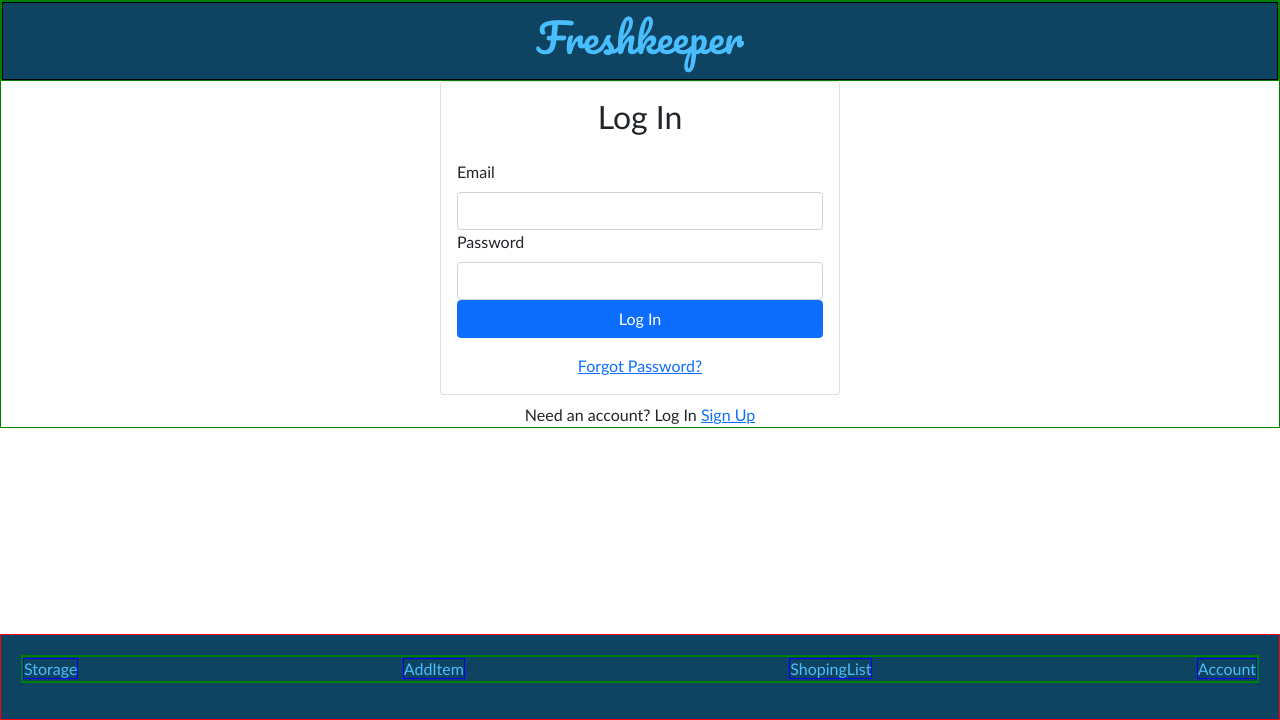
Repository: patrik-fredlund/freshkeeper-repo
Page: /
The author's editor kept a copy of each file at every save. The page is drawn from the files as they stood at one save, then again after the next save.
The browser window is 1280 px wide. The pictures show the whole page.
The project was rebuilt for these pictures with package versions that can differ from the ones it lists, and the page was loaded fresh each time. Also part of the build but not shown: src/components/Signup.js, src/components/Account.js, src/components/ForgotPassword.js, src/components/UpdateProfile.js, src/components/Storage.js, src/components/Shopinglist.js, src/components/AddItem.js.

Above is the page before, as saved 2021-10-18 14:24:01.

### public/index.html
<!DOCTYPE html>
<html lang="en">

<head>
  <meta charset="utf-8" />
  <link rel="icon" href="%PUBLIC_URL%/favicon.ico" />
  <meta name="viewport" content="width=device-width, initial-scale=1" />
  <meta name="theme-color" content="#000000" />
  <meta name="description" content="Web site created using create-react-app" />
  <link rel="apple-touch-icon" href="%PUBLIC_URL%/logo192.png" />

  <link rel="manifest" href="%PUBLIC_URL%/manifest.json" />

  <title>Freshkeeper</title>
</head>

<body>
  <noscript>You need to enable JavaScript to run this app.</noscript>
  <div id="root"></div>

</body>

</html>

### src/index.js
import React from 'react';
import ReactDOM from 'react-dom';
import App from './components/App';
import 'bootstrap/dist/css/bootstrap.min.css';

ReactDOM.render(
  <React.StrictMode>
    <App />
  </React.StrictMode>,
  document.getElementById('root')
);

### src/components/App.js
import { Container } from 'react-bootstrap';
import '../App.css';
import Signup from './Signup';
import { AuthProvider } from '../context/AuthContext';
import { BrowserRouter as Router, Switch, Route } from 'react-router-dom';
import Account from './Account';
import Login from './Login';
import PrivateRoute from './PrivateRoute';
import ForgotPassword from './ForgotPassword';
import UpdateProfile from './UpdateProfile';
import Storage from './Storage';
import { AppWrap } from './appStyles';
import Header from './header/header';
import ShopingList from './Shopinglist';
import AddItem from './AddItem';
import Navbar from './navbar/Navbar';

function App() {
  return (
    <>
      <AppWrap>
        <Header />
        <Container
          className='d-flex align-items-center justify-content-center'
          // style={{ minHeight: '10vh' }}
        >
          <div className='w-100' style={{ maxWidth: '400px' }}>
            <Router>
              <AuthProvider>
                <Switch>
                  <PrivateRoute exact path='/' component={Storage} />
                  <PrivateRoute path='/additem' component={AddItem} />
                  <PrivateRoute path='/shopinglist' component={ShopingList} />
                  <PrivateRoute path='/account' component={Account} />
                  <PrivateRoute
                    path='/update-profile'
                    component={UpdateProfile}
                  />
                  <Route path='/signup' component={Signup} />
                  <Route path='/login' component={Login} />
                  <Route path='/forgot-password' component={ForgotPassword} />
                </Switch>
              </AuthProvider>
            </Router>
          </div>
        </Container>
      </AppWrap>
      <Navbar />
    </>
  );
}

export default App;

### src/App.css
@import url('https://fonts.googleapis.com/css2?family=Pacifico&display=swap');

* {
  box-sizing: border-box;
  margin: 0;
  padding: 0;
  font-family: 'Gill Sans', 'Gill Sans MT', Calibri, 'Trebuchet MS', sans-serif;
}

.container {
  display: flex;
  flex-direction: column;
  justify-content: center;
  align-items: center;
}

.top_nav {
  display: flex;
  flex-direction: row;
  justify-content: center;
  align-items: center;
  padding: 14px 16px 14px 18px;

  position: absolute;
  width: 414px;
  height: 65px;
  left: 0px;
  top: 0px;

  background: #0e4462;
  border-radius: 4px;
}

.freshkeeper_header {
  position: static;

  font-family: 'Pacifico', cursive;

  font-weight: normal;
  font-size: 20px;

  display: flex;
  align-items: center;
  text-align: center;

  color: #49beff;

  /* Inside Auto Layout */

  flex: none;
  order: 0;
  flex-grow: 0;
  margin: 0px 10px;
}

### src/context/AuthContext.js
import React, { useContext, useState, useEffect } from 'react';
import { auth } from '../firebase';

const AuthContext = React.createContext();

export function useAuth() {
  return useContext(AuthContext);
}

export function AuthProvider({ children }) {
  const [currentUser, setCurrentUser] = useState();
  const [loading, setLoading] = useState(true);

  function signup(email, password) {
    return auth.createUserWithEmailAndPassword(email, password);
  }

  function login(email, password) {
    return auth.signInWithEmailAndPassword(email, password);
  }

  function logout() {
    return auth.signOut();
  }

  function resetPassword(email) {
    return auth.sendPasswordResetEmail(email);
  }

  function updateEmail(email) {
    return currentUser.updateEmail(email);
  }

  function updatePassword(password) {
    return currentUser.updatePassword(password);
  }

  useEffect(() => {
    const unsubscribe = auth.onAuthStateChanged((user) => {
      setCurrentUser(user);
      setLoading(false);
    });
    return unsubscribe;
  }, []);

  const value = {
    currentUser,
    login,
    signup,
    logout,
    resetPassword,
    updateEmail,
    updatePassword,
  };

  return (
    <AuthContext.Provider value={value}>
      {!loading && children}
    </AuthContext.Provider>
  );
}

### src/components/Login.js
import React, { useRef, useState } from 'react';
import { Form, Button, Card, Alert } from 'react-bootstrap';
import { useAuth } from '../context/AuthContext';
import { Link, useHistory } from 'react-router-dom';

export default function Login() {
  const emailRef = useRef();
  const passwordRef = useRef();
  const { login } = useAuth();
  const [error, setError] = useState('');
  const [loading, setLoading] = useState(false);
  const history = useHistory();

  async function handleSubmit(e) {
    e.preventDefault();

    try {
      setError('');
      setLoading(true);
      await login(emailRef.current.value, passwordRef.current.value);
      history.push('/');
    } catch {
      setError('Failed to Log In');
    }

    setLoading(false);
  }

  return (
    <>
      <Card>
        <Card.Body>
          <h2 className='text-center mb-4'>Log In</h2>

          {error && <Alert variant='danger'>{error}</Alert>}
          <Form onSubmit={handleSubmit}>
            <Form.Group id='email'>
              <Form.Label>Email</Form.Label>
              <Form.Control type='email' ref={emailRef} required />
            </Form.Group>
            <Form.Group id='password'>
              <Form.Label>Password</Form.Label>
              <Form.Control type='password' ref={passwordRef} required />
            </Form.Group>

            <Button disabled={loading} className='w-100' type='submit'>
              Log In
            </Button>
          </Form>
          <div className='w-100 text-center mt-3'>
            <Link to='/forgot-password'>Forgot Password?</Link>
          </div>
        </Card.Body>
      </Card>
      <div className='w-100 text-center mt-2'>
        Need an account? Log In <Link to='/signup'>Sign Up </Link>
      </div>
    </>
  );
}

### src/components/PrivateRoute.js
import React from 'react';
import { Route, Redirect } from 'react-router-dom';
import { useAuth } from '../context/AuthContext';

export default function PrivateRoute({ component: Component, ...rest }) {
  const { currentUser } = useAuth();

  return (
    <Route
      {...rest}
      render={(props) => {
        return currentUser ? (
          <Component {...props} />
        ) : (
          <Redirect to='/login' />
        );
      }}
    ></Route>
  );
}

### src/components/appStyles.js
import styled from 'styled-components';

export const AppWrap = styled.div`
  /* display: flex;
  flex-flow: column; */
  width: 100%;
  border: 1px solid green;
  /* height: 400px; */
`;

### src/components/header/header.js
import React from 'react';
import GlobalStyle from '../globalStyles';
import { HeaderWrap } from './headerStyles';

function Header() {
  return (
    <HeaderWrap>
      <GlobalStyle />
      {/* <div className='top_nav'>
        <h2 className='freshkeeper_header'>Freshkeeper</h2>
      </div> */}
      <div className='headerContainer'>
        <h1>Freshkeeper</h1>
      </div>
    </HeaderWrap>
  );
}

export default Header;

### src/components/navbar/Navbar.js
import React from 'react';
import { AppWrap } from '../appStyles';
import { HeaderWrap } from '../header/headerStyles';
import { MenuList } from './MenuList';
import { NavbarStyles } from './navbarStyles';

const Navbar = () => {
  const menuList = MenuList.map(({ url, title, icon, index }) => {
    return (
      <li key={index}>
        <a href={url}>{title}</a>
      </li>
    );
  });

  return (
    <NavbarStyles>
      <ul className='menu-list'>{menuList} </ul>
    </NavbarStyles>
  );
};

export default Navbar;

### src/firebase.js
import firebase from 'firebase/compat/app';
import 'firebase/compat/auth';

const app = firebase.initializeApp({
  apiKey: process.env.REACT_APP_FIREBASE_API_KEY,
  authDomain: process.env.REACT_APP_FIREBASE_AUTH_DOMAIN,
  projectId: process.env.REACT_APP_FIREBASE_PROJECT_ID,
  storageBucket: process.env.REACT_APP_FIREBASE_STORAGE_BUCKET,
  messagingSenderId: process.env.REACT_APP_FIREBASE_MESSAGE_SENDER_ID,
  appId: process.env.REACT_APP_FIREBASE_APP_ID,
});

export const auth = app.auth();
export default app;

### src/components/globalStyles.js
import { createGlobalStyle } from 'styled-components';

const GlobalStyle = createGlobalStyle`
@import url('https://fonts.googleapis.com/css2?family=Pacifico&display=swap');

  h1 {
     font-family: 'pacifico';
  }
`;

export default GlobalStyle;

### src/components/header/headerStyles.js
import styled from 'styled-components';

export const HeaderWrap = styled.div`
  width: 100%;
  border: 1px solid green;

  .headerContainer {
    border: 1px solid black;
    background-color: #0e4462;
    color: #49beff;
    padding: 10px 0;
    display: flex;
    align-items: center;
    justify-content: center;
  }
`;

### src/components/navbar/MenuList.js
export const MenuList = [
  {
    title: 'Storage',
    url: '/',
  },
  {
    title: 'AddItem',
    url: '/additem',
  },
  {
    title: 'ShopingList',
    url: '/shopinglist',
  },
  {
    title: 'Account',
    url: '/account',
  },
];

### src/components/navbar/navbarStyles.js
import styled from 'styled-components';

export const NavbarStyles = styled.div`
  border: 1px solid red;
  display: flex;

  justify-content: center;
  align-items: center;
  background-color: #0e4462;
  padding: 20px;

  width: 100%;
  position: fixed;
  bottom: 0;

  .menu-list {
    display: flex;
    list-style-type: none;
    border: 2px solid green;
    width: 100%;
    justify-content: space-between;
  }

  a {
    color: #49beff;
    text-decoration: none;
    border: 1px solid blue;
  }

  ul {
    padding: 0;
  }
`;

After the next save:
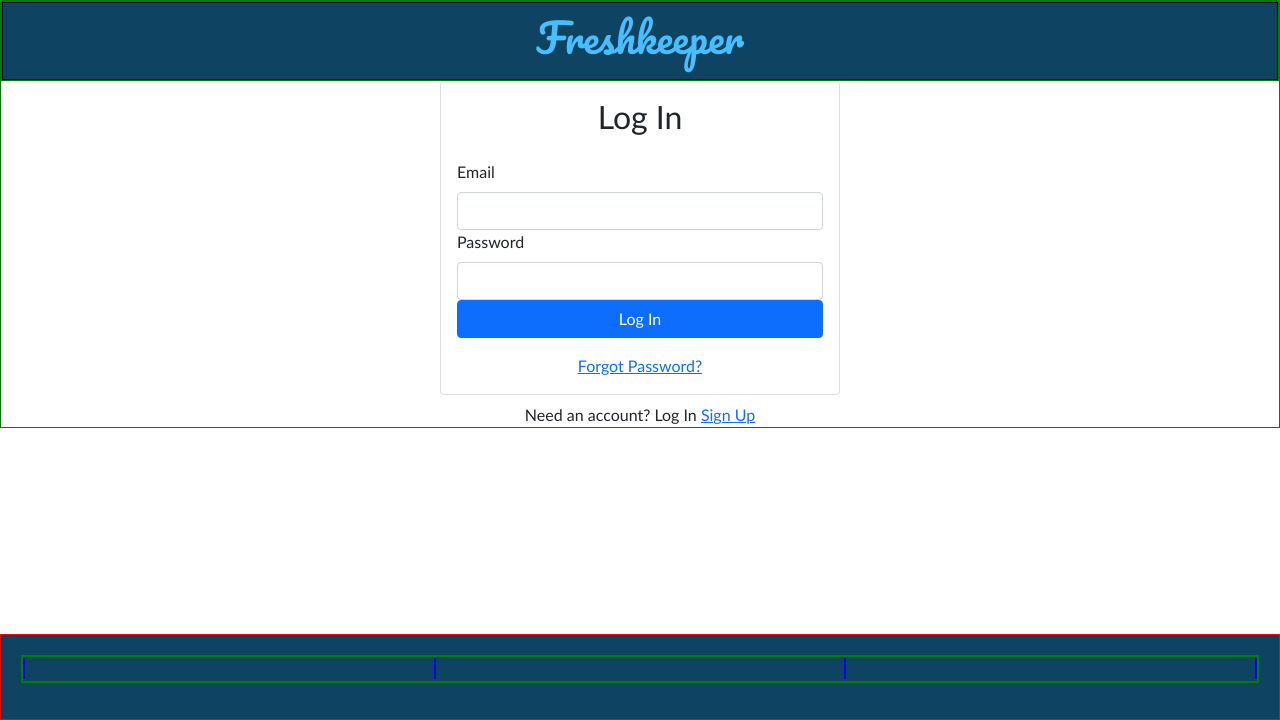
Saved 11 s later.
--- a/src/components/navbar/Navbar.js
+++ b/src/components/navbar/Navbar.js
@@ -8,7 +8,7 @@ const Navbar = () => {
   const menuList = MenuList.map(({ url, title, icon, index }) => {
     return (
       <li key={index}>
-        <a href={url}>{title}</a>
+        <a href={url}>{(title, icon)}</a>
       </li>
     );
   });
